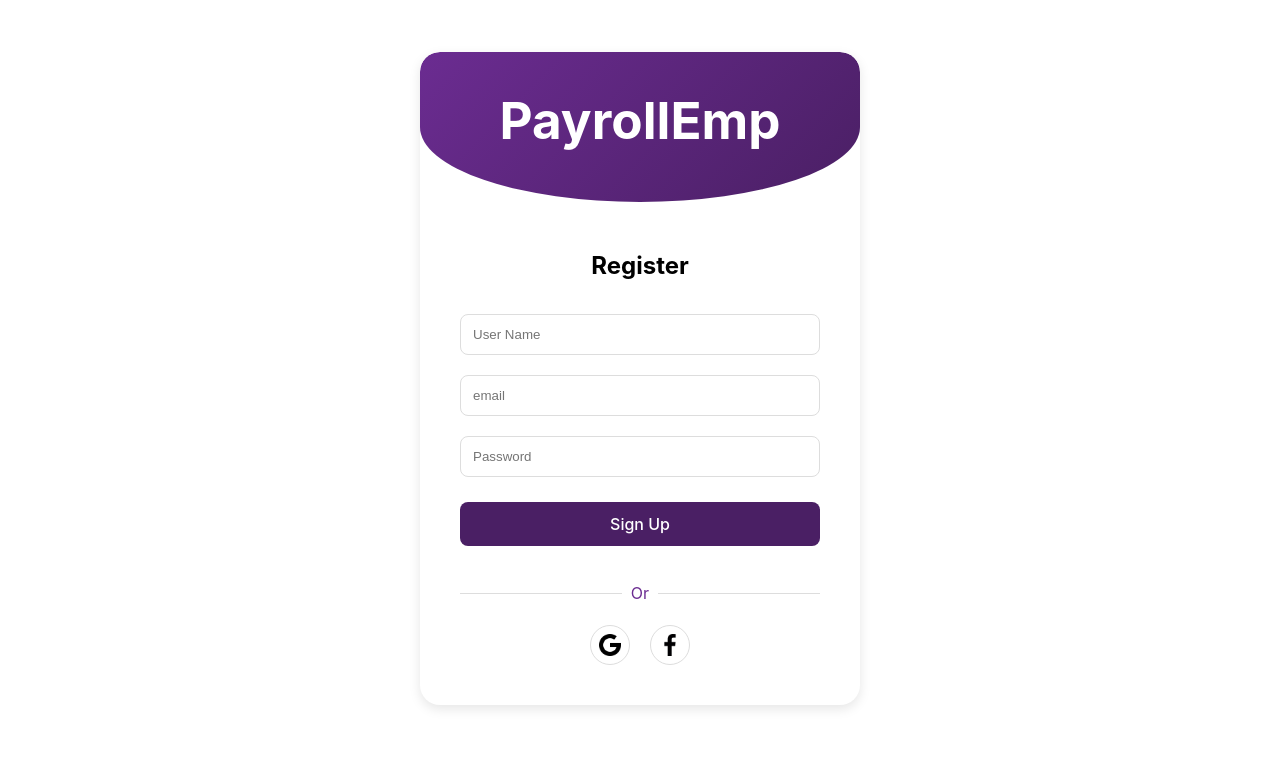
Repository: nino-pixel/payrolllatest
Page: /signup (app in web_vue/)
An editor plug-in stored every save of this project. The page is shown before and after the next save, followed by the edit.
The browser window is 1280 px wide. The pictures show the whole page.
The project was rebuilt for these pictures with package versions that can differ from the ones it lists, and the page was loaded fresh each time. Also part of the build but not shown: web_vue/vite.config.js, web_vue/src/components/login_page.vue.

Above is the page before, as saved 2024-12-18 19:03:18.

After the next save:
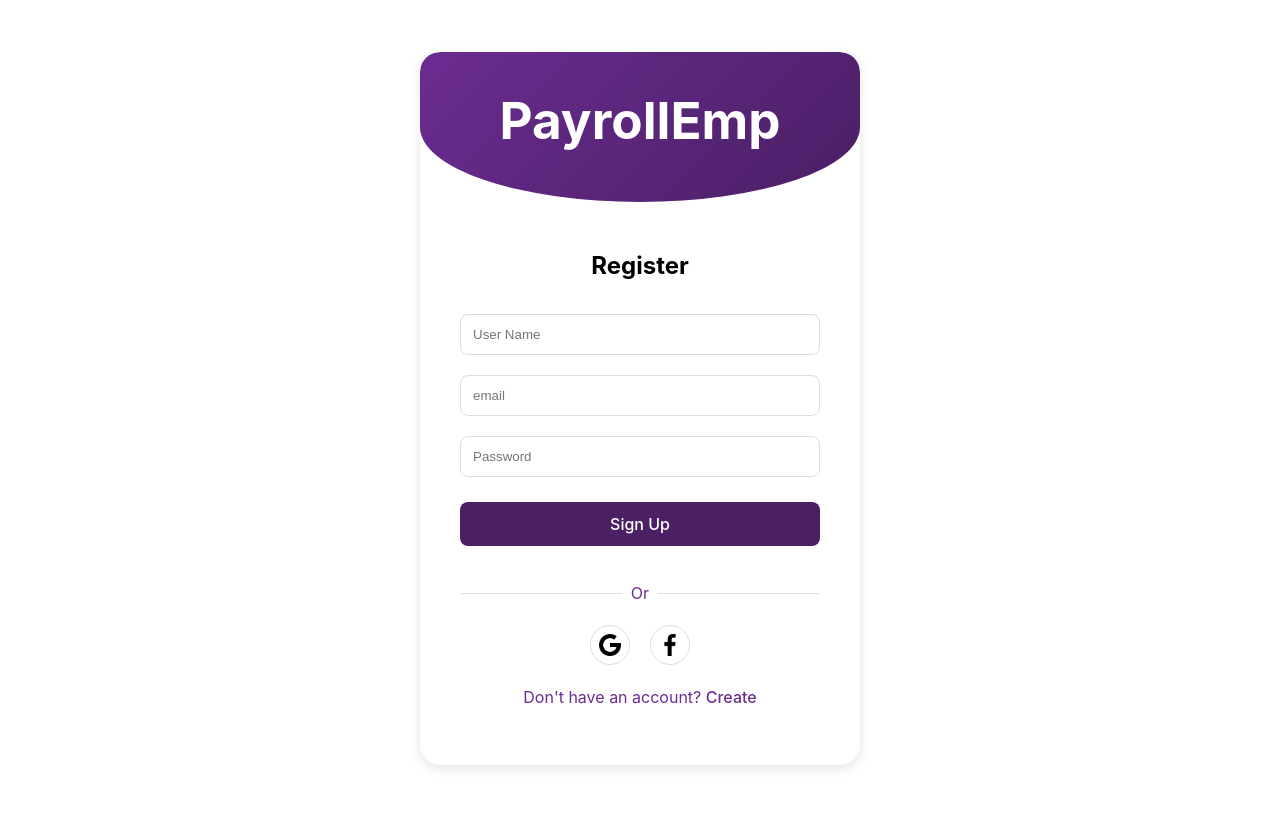
Saved 3 min 20 s later.
--- a/web_vue/src/components/sign_up.vue
+++ b/web_vue/src/components/sign_up.vue
@@ -41,7 +41,9 @@
         </button>
       </div>
 
-
+      <p class="signup-link">
+        Don't have an account? <a @click="goToSignup" href="#">Create</a>
+      </p>
     </div>
   </div>
 </template>
